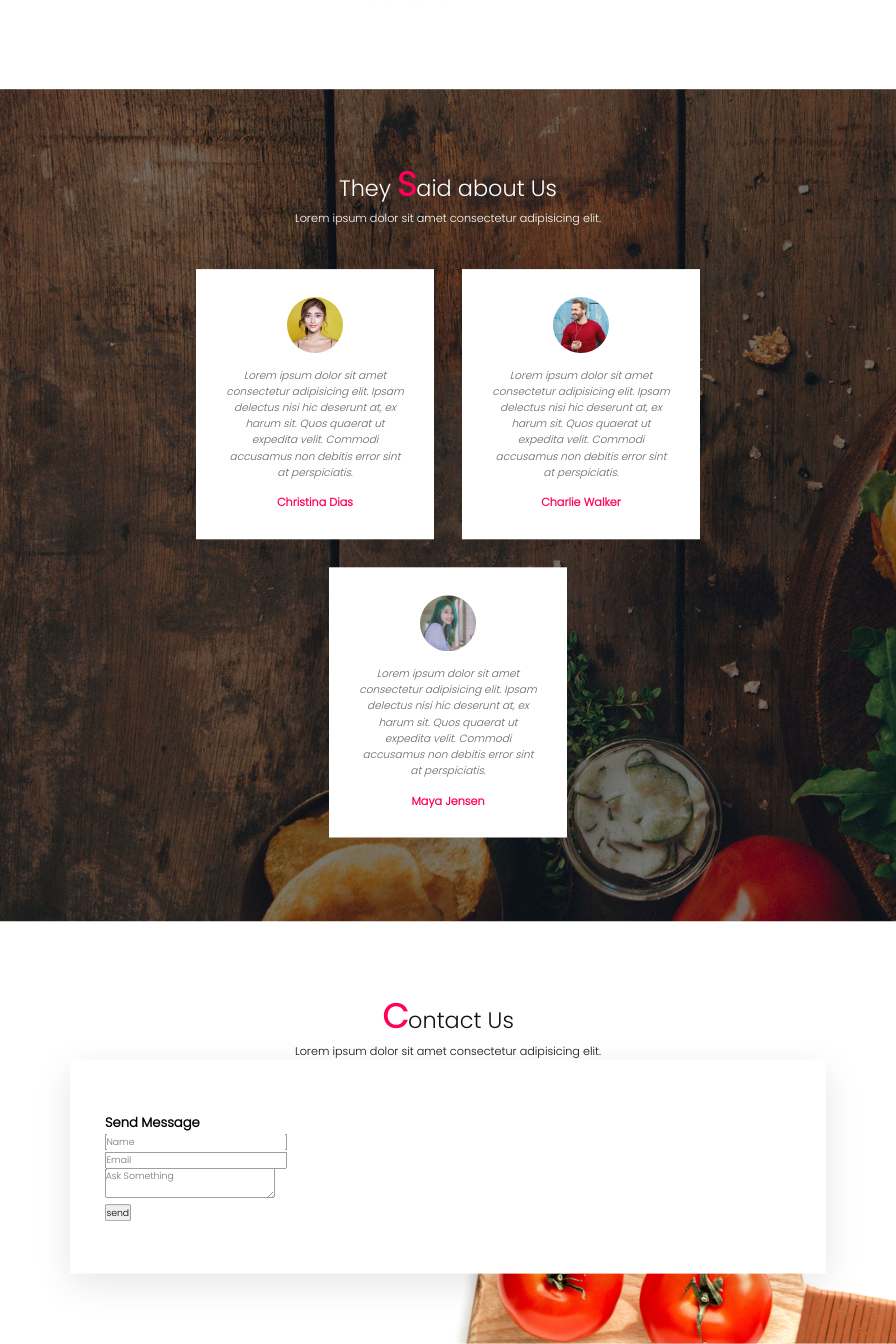
Repository: Adriandias1997/MobileFriendly_FoodWebsite
Page: index.html
An editor plug-in stored every save of this project. The page is shown before and after the next save, followed by the edit.
The browser window is 1280 px wide. The pictures show the part of the page from y = 3898 to 5818 px (the page is 5818 px tall), at 70% of full size.

Above is the page before, as saved 2020-10-16 18:01:49.

### index.html
<!DOCTYPE html>
<html lang="en">

<head>
    <meta charset="UTF-8">
    <meta name="viewport" content="width=device-width, initial-scale=1.0">
    <title>Food</title>
    <link rel="stylesheet" href="style.css">
</head>

<body>
    <header>
        <a href="#" class="logo">Food <span>Corner</span></a>
        <ul class="navigation">
            <li><a href="#banner">Home</a></li>
            <li><a href="#about">About Us</a></li>
            <li><a href="#menu">Menu</a></li>
            <li><a href="#expert">Expert</a></li>
            <li><a href="#testimonials">Testimonials</a></li>
            <li><a href="#contact">Contact</a></li>
        </ul>

    </header>
    <section class="banner" id="banner">
        <div class="content">
            <h2>Always choose Good</h2>
            <p>Lorem ipsum dolor sit amet consectetur adipisicing elit. Ipsam delectus nisi hic deserunt at, ex harum sit. Quos quaerat ut expedita velit. Commodi accusamus non debitis error sint at perspiciatis.</p>

            <a href="#" class="btn">Our Menu</a>
        </div>
    </section>

    <section class="about" id="about">
        <div class="row">
            <div class="col50">
                <h2 class="titleText"><span>A</span>bout Us</h2>
                <p>Lorem ipsum dolor sit amet consectetur adipisicing elit. Dolorum vero quam, at fuga facilis maiores consequatur! Quibusdam possimus debitis sed alias, provident fuga voluptatem, tempora eligendi aliquid quaerat laudantium repellat. Lorem
                    ipsum dolor sit amet consectetur adipisicing elit. Dolorum vero quam, at fuga facilis maiores consequatur! Quibusdam possimus debitis sed alias, provident fuga voluptatem, tempora eligendi aliquid quaerat laudantium repellat. Lorem
                    ipsum dolor sit amet consectetur adipisicing elit. Dolorum vero quam, at fuga facilis maiores consequatur! Quibusdam possimus debitis sed alias, provident fuga voluptatem, tempora eligendi aliquid quaerat laudantium repellat.
                </p>
            </div>
            <div class="col50">
                <div class="imgBx">
                    <img src="./Images/img1.jpg" alt="">
                </div>
            </div>
        </div>
    </section>

    <section class="menu" id="menu">
        <div class="title">
            <h2 class="titleText">Our <span>M</span>enu</h2>
            <p>Lorem ipsum dolor sit amet consectetur adipisicing elit.
            </p>
        </div>
        <div class="content">
            <div class="box">
                <div class="imgBx">
                    <img src="Images/menu1.jpg" alt="">
                </div>
                <div class="text">
                    <h3>Special Salads</h3>
                </div>
            </div>
            <div class="box">
                <div class="imgBx">
                    <img src="Images/menu2.jpg" alt="">
                </div>
                <div class="text">
                    <h3>Special Soups</h3>
                </div>
            </div>
            <div class="box">
                <div class="imgBx">
                    <img src="Images/menu3.jpg" alt="">
                </div>
                <div class="text">
                    <h3>Special Pasta</h3>
                </div>
            </div>
            <div class="box">
                <div class="imgBx">
                    <img src="Images/menu4.jpg" alt="">
                </div>
                <div class="text">
                    <h3>Special Salads</h3>
                </div>
            </div>
            <div class="box">
                <div class="imgBx">
                    <img src="Images/menu5.jpg" alt="">
                </div>
                <div class="text">
                    <h3>Special Soups</h3>
                </div>
            </div>
            <div class="box">
                <div class="imgBx">
                    <img src="Images/menu6.jpg" alt="">
                </div>
                <div class="text">
                    <h3>Special Salads</h3>
                </div>
            </div>
        </div>
        <div class="title">
            <a href="#" class="btn">
                View All
            </a>
        </div>
    </section>
    <section class="expert" id="expert">
        <div class="title">
            <h2 class="titleText">Our Kitchen <span>E</span>xpert</h2>
            <p>Lorem ipsum dolor sit amet consectetur adipisicing elit.
            </p>
        </div>
        <div class="content">
            <div class="box">
                <div class="imgBx">
                    <img src="Images/expert1.jpg" alt="">
                </div>
                <div class="text">
                    <h3>Tyler Brook</h3>
                </div>
            </div>
            <div class="box">
                <div class="imgBx">
                    <img src="Images/expert2.jpg" alt="">
                </div>
                <div class="text">
                    <h3>Dino Blok</h3>
                </div>
            </div>
            <div class="box">
                <div class="imgBx">
                    <img src="Images/expert3.jpg" alt="">
                </div>
                <div class="text">
                    <h3>Melanie Sasha</h3>
                </div>
            </div>
            <div class="box">
                <div class="imgBx">
                    <img src="Images/expert4.jpg" alt="">
                </div>
                <div class="text">
                    <h3>Bevon Gomez</h3>
                </div>
            </div>
        </div>
    </section>

    <section class="testimonials" id="testimonials">
        <div class="title white">
            <h2 class="titleText">They <span>S</span>aid about Us</h2>
            <p>Lorem ipsum dolor sit amet consectetur adipisicing elit.
            </p>
        </div>
        <div class="content">
            <div class="box">

                <div class="imgBx">
                    <img src="Images/testi1.jpg" alt="">
                </div>
                <div class="text">
                    <p>Lorem ipsum dolor sit amet consectetur adipisicing elit. Ipsam delectus nisi hic deserunt at, ex harum sit. Quos quaerat ut expedita velit. Commodi accusamus non debitis error sint at perspiciatis.
                    </p>
                    <h3>Christina Dias</h3>
                </div>
            </div>
            <div class="box">

                <div class="imgBx">
                    <img src="Images/testi2.jpg" alt="">
                </div>
                <div class="text">
                    <p>Lorem ipsum dolor sit amet consectetur adipisicing elit. Ipsam delectus nisi hic deserunt at, ex harum sit. Quos quaerat ut expedita velit. Commodi accusamus non debitis error sint at perspiciatis.
                    </p>
                    <h3>Charlie Walker</h3>
                </div>
            </div>
            <div class="box">

                <div class="imgBx">
                    <img src="Images/testi3.jpg" alt="">
                </div>
                <div class="text">
                    <p>Lorem ipsum dolor sit amet consectetur adipisicing elit. Ipsam delectus nisi hic deserunt at, ex harum sit. Quos quaerat ut expedita velit. Commodi accusamus non debitis error sint at perspiciatis.
                    </p>
                    <h3>Maya Jensen</h3>
                </div>
            </div>
        </div>
    </section>

    <section class="contact" id="contact">
        <div class="title">
            <h2 class="titleText"><span>C</span>ontact Us</h2>
            <p>Lorem ipsum dolor sit amet consectetur adipisicing elit.
            </p>
        </div>
        <div class="contactForm">
            <h3>Send Message</h3>
            <div class="inputBox">
                <input type="text" placeholder="Name">
            </div>
            <div class="inputBox">
                <input type="text" placeholder="Email">
            </div>
            <div class="inputBox">
                <textarea placeholder="Ask Something"></textarea>

                <div class="inputBox">
                    <input type="submit" value="send">
                </div>

            </div>
    </section>
    <script src="index.js"></script>
</body>

</html>

### style.css
        @import url("https://fonts.googleapis.com/css2?family=Poppins:wght@300&display=swap");
        * {
            margin: 0;
            padding: 0;
            box-sizing: border-box;
            font-family: "Poppins", sans-serif;
            scroll-behavior: smooth;
        }

        p {
            font-weight: 300;
            color: #111;
        }
        /* body {
    min-height: 1000px;
} */

        .banner {
            position: relative;
            width: 100%;
            min-height: 100vh;
            display: flex;
            justify-content: center;
            align-items: center;
            background: url(./Images/bg.jpg);
            background-size: cover;
        }

        .banner .content {
            max-width: 900px;
            text-align: center;
        }

        .banner .content h2 {
            font-size: 5em;
            color: #fff;
        }

        .banner .content p {
            font-size: 1em;
            color: #fff;
        }

        .btn {
            font-size: 1em;
            color: #fff;
            background: #ff0157;
            display: inline-block;
            padding: 10px 30px;
            text-transform: uppercase;
            text-decoration: none;
            letter-spacing: 2px;
            transition: 0.5s;
        }

        .btn:hover {
            background-color: #fff;
            color: #ff0157;
            letter-spacing: 6px;
        }

        header {
            position: fixed;
            top: 0;
            left: 0;
            width: 100%;
            padding: 40px 100px;
            z-index: 10000;
            display: flex;
            justify-content: space-between;
            align-items: center;
            transition: 0.5s;
        }

        header.sticky {
            background: #fff;
            padding: 10px 100px;
            box-shadow: 0 5px 20px rgba(0, 0, 0, 0.05);
        }

        header .logo {
            color: #fff;
            font-weight: 700;
            text-decoration: none;
            font-size: 2em;
        }

        header.sticky .logo {
            color: #111;
        }

        header .logo span {
            color: #ff0157;
        }

        header .navigation {
            position: relative;
            display: flex;
        }

        header .navigation li {
            list-style: none;
            margin-left: 30px;
        }

        header .navigation li a {
            text-decoration: none;
            color: #fff;
            font-weight: 300;
        }

        header.sticky .navigation li a {
            color: #111;
            font-weight: 300;
        }

        header .navigation li a:hover {
            color: #ff0157;
        }

        section {
            padding: 100px;
        }

        .row {
            position: relative;
            width: 100%;
            display: flex;
            justify-content: space-between;
        }

        .row .col50 {
            position: relative;
            width: 48%;
        }

        .titleText {
            color: #111;
            font-size: 2em;
            font-weight: 400;
        }

        .titleText span {
            color: #ff0157;
            font-size: 1.5em;
            font-weight: 700;
        }

        .row .col50 .imgBx {
            position: relative;
            width: 100%;
            height: 100%;
            /* min-height: 300px; */
        }

        .row .col50 .imgBx img {
            position: relative;
            top: 0;
            left: 0;
            width: 100%;
            height: 100%;
            object-fit: cover;
        }

        .title {
            width: 100%;
            display: flex;
            justify-content: center;
            align-items: center;
            flex-direction: column;
        }

        .menu .content {
            display: flex;
            justify-content: center;
            flex-direction: row-reverse;
            flex-wrap: wrap;
            margin-top: 40px;
        }

        .menu .content .box {
            width: 340px;
            margin: 20px;
            border: 15px solid #fff;
            box-shadow: 0 5px 20px rgba(0, 0, 0, 0.08);
        }

        .menu .content .box .imgBx {
            position: relative;
            width: 100%;
            height: 300px;
        }

        .menu .content .box .imgBx img {
            position: absolute;
            top: 0;
            left: 0;
            width: 100%;
            height: 100%;
            object-fit: cover;
        }

        .menu .content .box .text {
            padding: 15px 0 5px;
        }

        .menu .content .box .text h3 {
            font-weight: 400;
            color: #111;
        }

        .expert .content {
            display: flex;
            justify-content: center;
            align-items: center;
            flex-wrap: wrap;
            flex-direction: row;
            margin-top: 40px;
        }

        .expert .content .box {
            width: 250px;
            margin: 15px;
        }

        .expert .content .box .imgBx {
            position: relative;
            width: 100%;
            height: 300px;
        }

        .expert .content .box .imgBx img {
            position: absolute;
            top: 0;
            left: 0;
            width: 100%;
            height: 100%;
            object-fit: cover;
        }

        .expert .content .box .text {
            padding: 15px 0 5px;
        }

        .expert .content .box .text h3 {
            font-weight: 400;
            color: #111;
        }

        .testimonials {
            background: url(./Images/bg2.jpg);
            background-size: cover;
        }

        .white .titleText,
        .white p {
            color: #fff;
        }

        .testimonials .content {
            display: flex;
            justify-content: center;
            flex-wrap: wrap;
            flex-direction: row;
            margin-top: 40px;
        }

        .testimonials .content .box {
            width: 340px;
            margin: 20px;
            padding: 40px;
            background: #fff;
            display: flex;
            justify-content: center;
            align-items: center;
            flex-direction: column;
        }

        .testimonials .content .box .imgBx {
            position: relative;
            width: 80px;
            height: 80px;
            margin-bottom: 20px;
            border-radius: 50%;
            overflow: hidden;
        }

        .testimonials .content .box .imgBx img {
            position: absolute;
            top: 0;
            left: 0;
            width: 100%;
            height: 100%;
            object-fit: cover;
        }

        .testimonials .content .box .text {
            text-align: center;
        }

        .testimonials .content .box .text p {
            color: #666;
            font-style: italic;
            font-size: 15px;
        }

        .testimonials .content .box .text h3 {
            margin-top: 20px;
            color: #ff0157;
            font-size: 1em;
            font-weight: 600;
        }

        .contact {
            background: url(./Images/bg3.jpg);
            background-size: cover;
        }

        .contactForm {
            padding: 75px 50px;
            background: #fff;
            box-shadow: 0 15px 50px rgba(0, 0, 0, 0.1);
        }

### index.js
window.addEventListener('scroll', function() {
    const header = document.querySelector('header');
    header.classList.toggle('sticky', window.scrollY > 0);
});

After the next save:
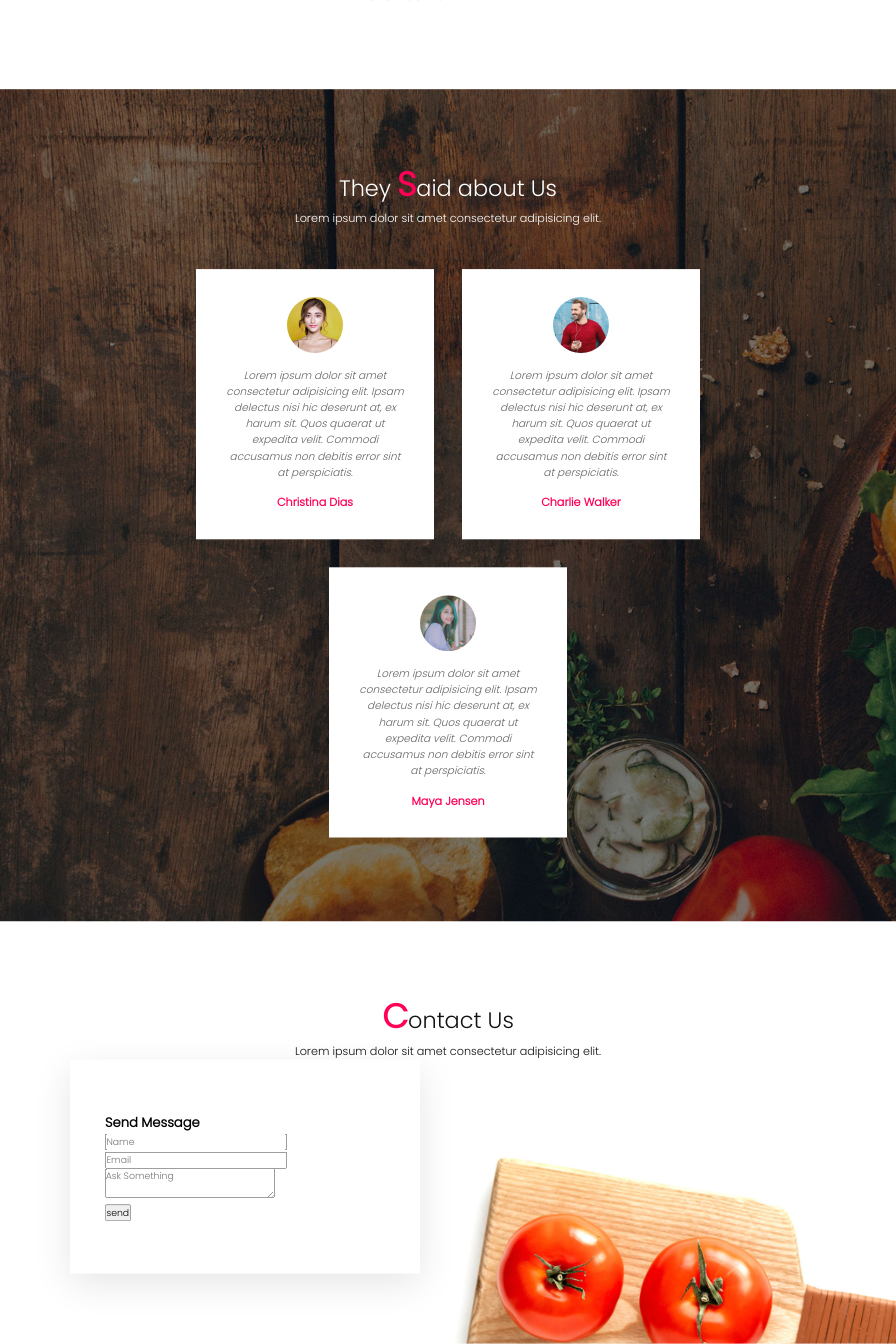
Saved 16 s later.
--- a/style.css
+++ b/style.css
@@ -320,4 +320,5 @@
             padding: 75px 50px;
             background: #fff;
             box-shadow: 0 15px 50px rgba(0, 0, 0, 0.1);
-        }
+            max-width: 500px;
+        }
